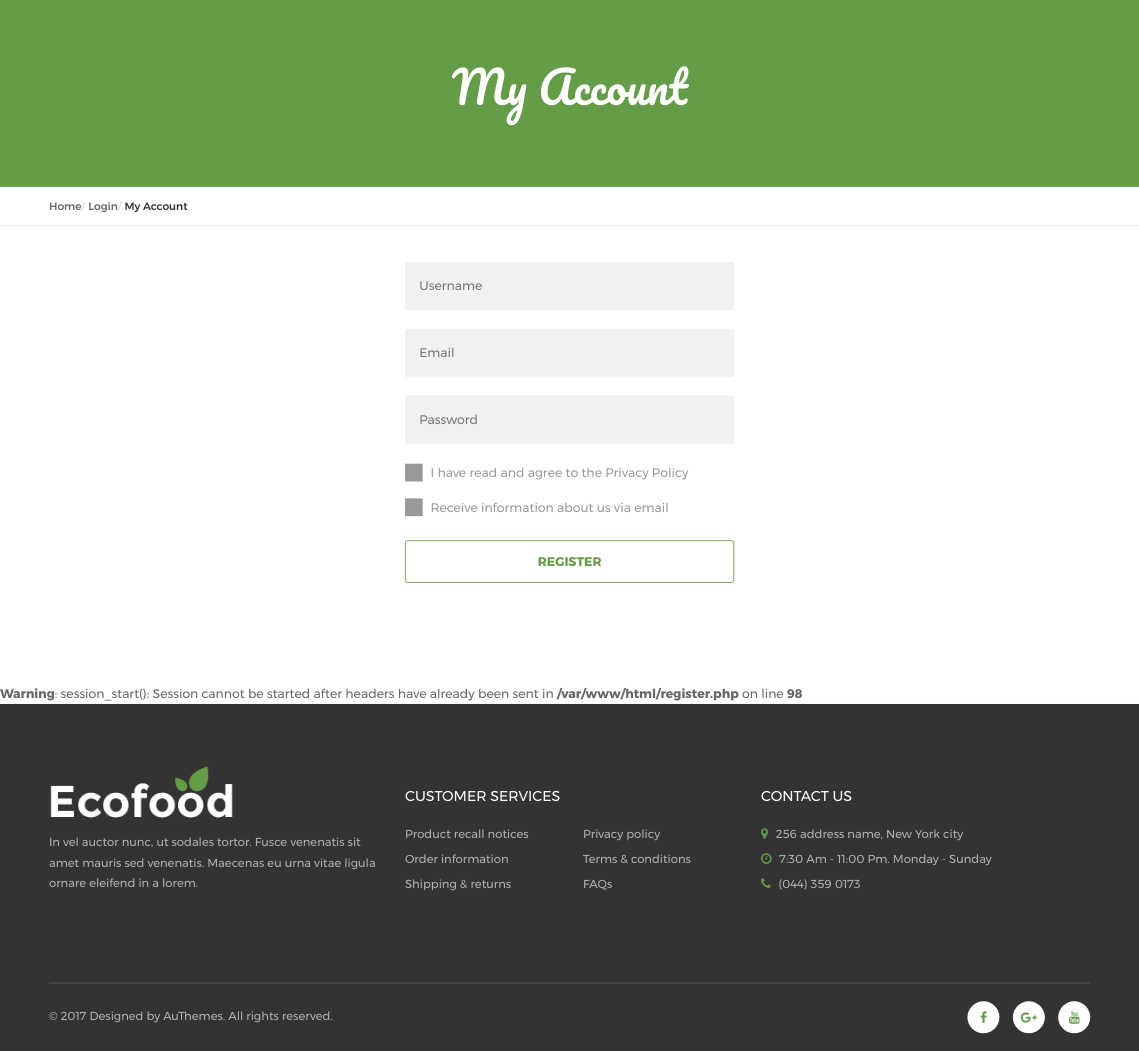
Repository: riteshyadav7878/ecofood
Page: http://localhost/register.php
The author's editor kept a copy of each file at every save. The page is drawn from the files as they stood at one save, then again after the next save.
The browser window is 1280 px wide. The pictures show the whole page, at 89% of full size.
The page is run by PHP 8.4 with error messages shown; the project is at /var/www/html/.

Above is the page before, as saved 2024-09-03 13:02:28.

After the next save:
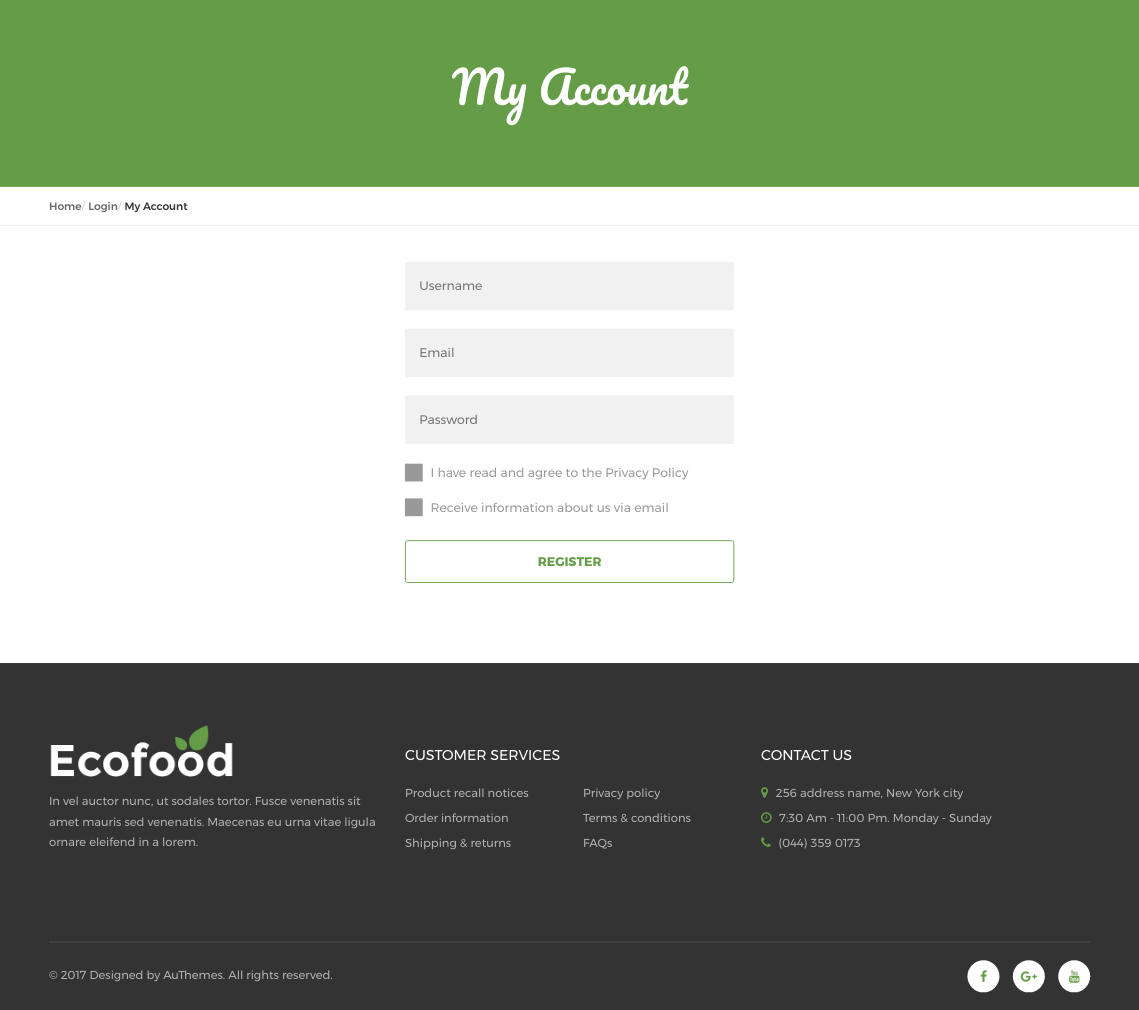
Saved 55 s later.
--- a/register.php
+++ b/register.php
@@ -92,47 +92,7 @@
         </div>
     </div>
 
-<!-- Backend -->
-<?php
-// Start session
-session_start();
 
-// Database connection
-$conn = new mysqli('localhost', 'root', '', 'ecofood');
-
-// Check connection
-if ($conn->connect_error) {
-    die("Connection failed: " . $conn->connect_error);
-}
-
-// Handling form submission
-if ($_SERVER["REQUEST_METHOD"] == "POST") {
-    // Get form data
-    $username = $conn->real_escape_string(trim($_POST['username']));
-    $email = $conn->real_escape_string(trim($_POST['email']));
-    $password = $conn->real_escape_string(trim($_POST['password']));
-    $receive_email_updates = isset($_POST['email-updates']) ? 1 : 0;
-
-    // Password hashing for security
-    $hashed_password = password_hash($password, PASSWORD_BCRYPT);
-
-    // SQL query to insert data into the database
-    $sql = "INSERT INTO user (username, email, password, receive_email_updates)
-            VALUES ('$username', '$email', '$hashed_password', $receive_email_updates)";
-
-    // Execute query
-    if ($conn->query($sql) === TRUE) {
-        // Redirect to login page after successful registration
-        header("Location: login.php");
-        exit();
-    } else {
-        echo "Error: " . $sql . "<br>" . $conn->error;
-    }
-}
-
-// Close connection
-$conn->close();
-?>
 
 
 
